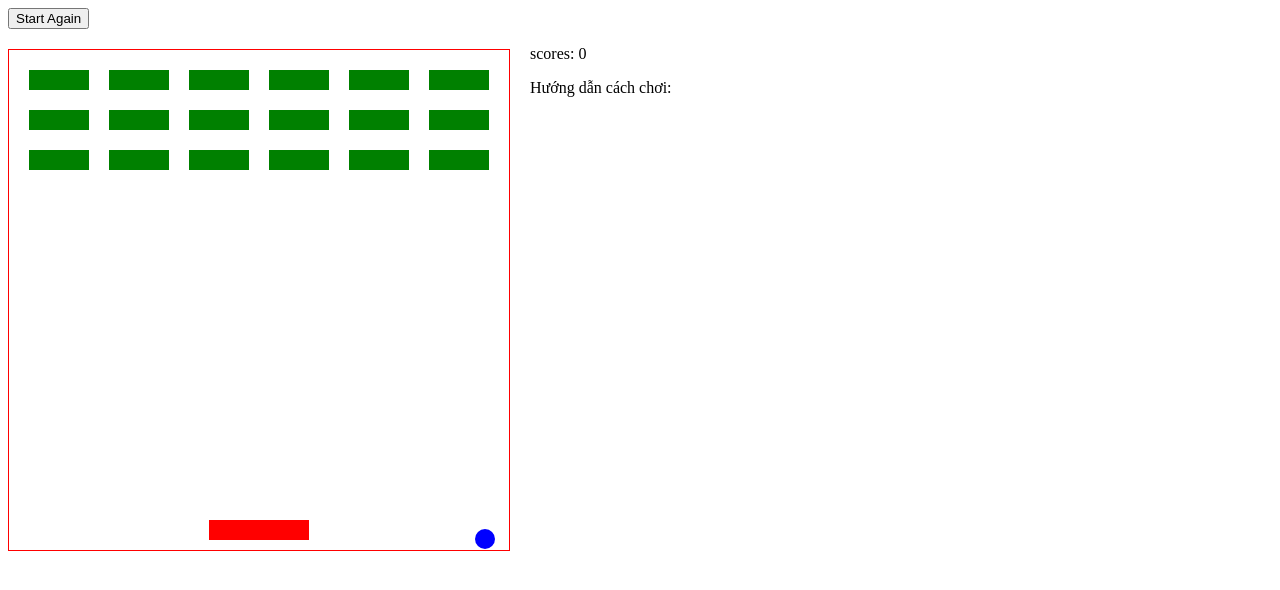
Repository: huynhsang96/CaseJS
Page: Demo_case/index.html
These files come from the project's save history. The page is drawn as it stood at one moment and after the next save; the edit follows.
The browser window is 1280 px wide. The pictures show the whole page.

Above is the page before, as saved 2022-02-20 14:33:14.

After the next save:
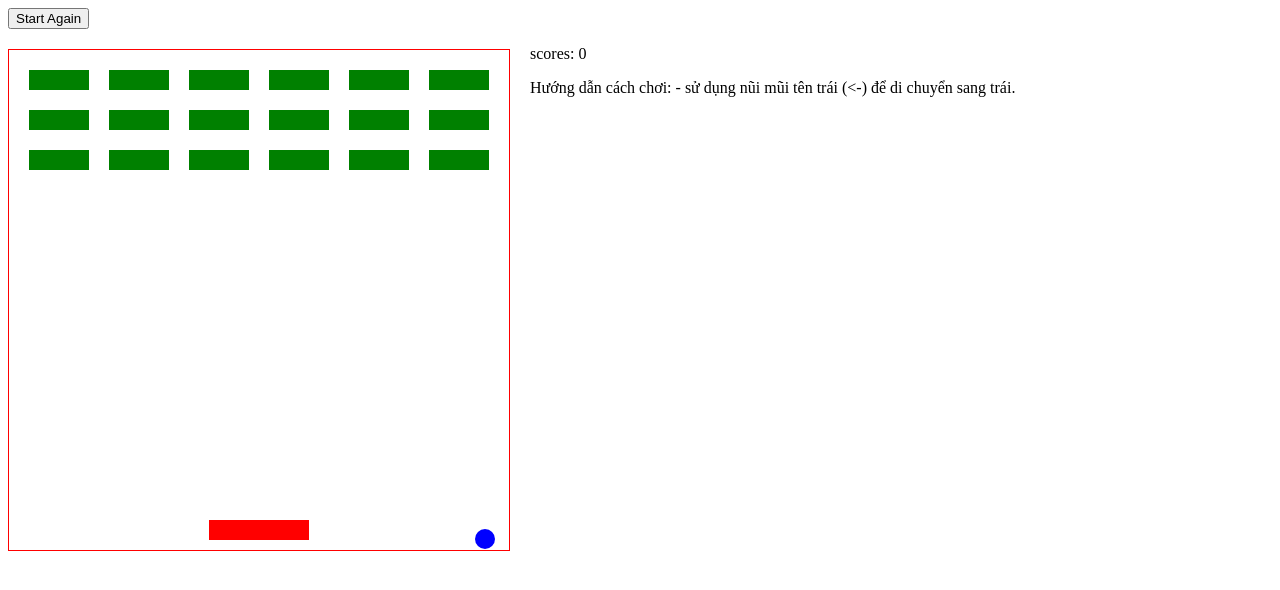
Saved 54 s later.
--- a/Demo_case/index.html
+++ b/Demo_case/index.html
@@ -31,7 +31,10 @@
         </div>
         <div class="container-des">
             <p>scores: <span class="scores">0</span></p>
-            <p>Hướng dẫn cách chơi:</p>
+            <p>
+                Hướng dẫn cách chơi:
+                - sử dụng nũi mũi tên trái (<-) để di chuyển sang trái.
+            </p>
         </div>
     </div>
 
